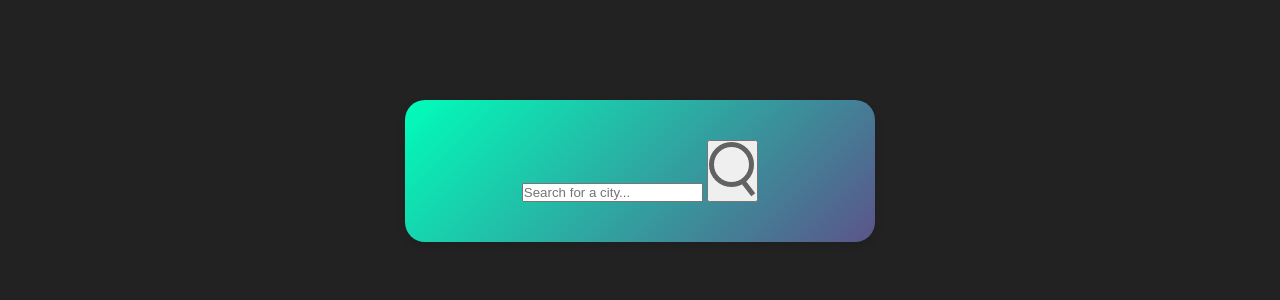
Repository: Abdelilah-Lakrim/Weather-App
Page: index.html
These files come from the project's save history. The page is drawn as it stood at one moment and after the next save; the edit follows.
The browser window is 1280 px wide. The pictures show the whole page.

Above is the page before, as saved 2025-06-17 11:03:23.

### index.html
<!DOCTYPE html>
<html>
<head>
    <meta charset="UTF-8" />
    <title>Weather App</title>
    <link rel="stylesheet" href="style.css" >
</head>
<body>

    <div class="card">
        <div class="search">
            <input type="text" placeholder="Search for a city..." spellcheck="false" />
            <button><img src="images/search.png"></button>
        </div>
    </div>

</body>
</html>

### style.css
*{
    margin: 0;
    padding: 0;
    font-family: 'Poppins', sans-serif;
    box-sizing: border-box;
}
body{
    background-color: #222;
    color: #333;
}
.card{
    width: 90%;
    max-width: 470px;
    background: linear-gradient(135deg, #00feba, #5b548a);
    color: #fff;
    margin: 100px auto  0;
    padding: 40px 35px;
    border-radius: 20px;
    box-shadow: 0 4px 8px rgba(0, 0, 0, 0.1);
    overflow: hidden;
    position: relative;
    text-align: center;
}
.sea

After the next save:
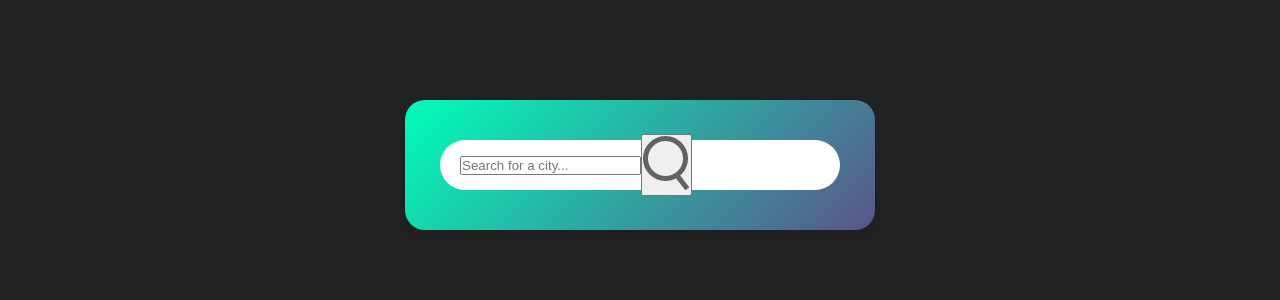
Saved 4 s later.
--- a/style.css
+++ b/style.css
@@ -21,4 +21,12 @@ body{
     position: relative;
     text-align: center;
 }
-.sea
+.search{
+    width: 100%;
+    height: 50px;
+    border-radius: 25px;
+    background-color: #fff;
+    display: flex;
+    align-items: center;
+    padding: 0 20px;
+}
